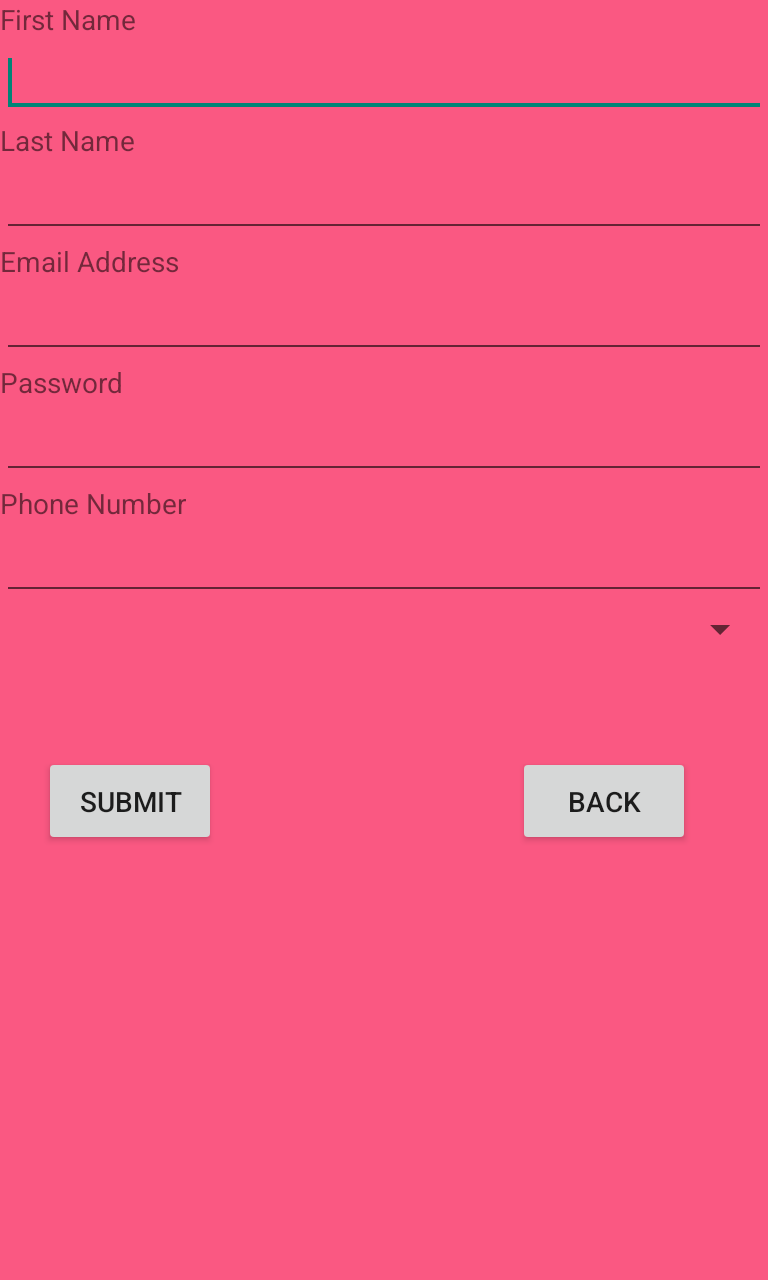
Repository: Clarenaliaka/code-challenge
Layout: ModernMum/res/layout/register.xml
An editor plug-in stored every save of this project. The layout is shown before and after the next save, followed by the edit.
It is drawn on a 768 x 1280 px phone screen (xhdpi) without system bars, with theme AppTheme; the app's code is not run.

Above is the layout before, as saved 2014-07-31 10:44:19.

After the next save:
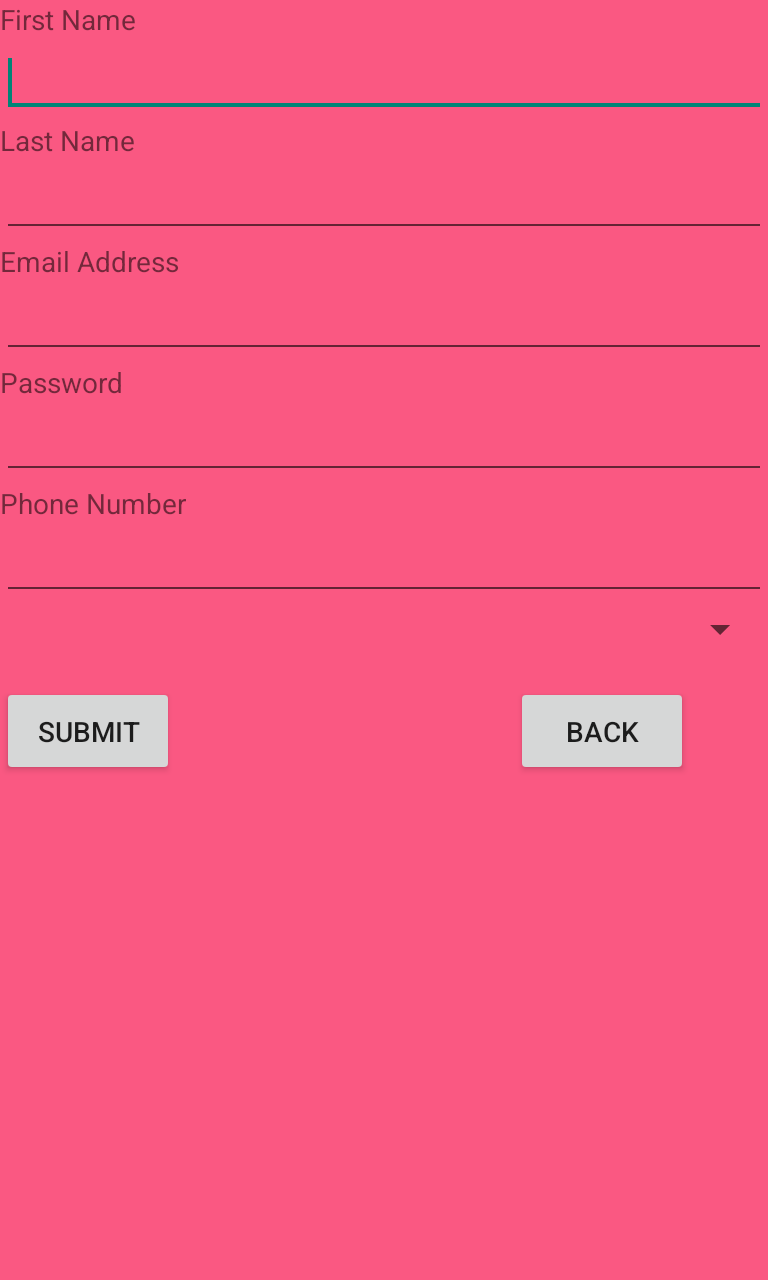
Saved 38 min 47 s later.
--- a/ModernMum/res/layout/register.xml
+++ b/ModernMum/res/layout/register.xml
@@ -82,24 +82,23 @@
     >
 
     <Button
+        android:id="@+id/btnsubmit"
+        android:layout_width="wrap_content"
+        android:layout_height="wrap_content"
+        android:layout_alignParentLeft="true"
+        android:layout_alignParentTop="true"
+        android:layout_marginTop="15dp"
+        android:text="@string/btnsubmit" />
+
+    <Button
         android:id="@+id/btnback"
         android:layout_width="wrap_content"
         android:layout_height="wrap_content"
+        android:layout_alignBaseline="@+id/btnsubmit"
+        android:layout_alignBottom="@+id/btnsubmit"
         android:layout_alignParentRight="true"
-        android:layout_alignParentTop="true"
-        android:layout_marginRight="38dp"
-        android:layout_marginTop="50dp"
+        android:layout_marginRight="39dp"
         android:text="@string/btnback" />
-
-    <Button
-        android:id="@+id/btnsubmit"
-        android:layout_width="wrap_content"
-        android:layout_height="wrap_content"
-        android:layout_alignBaseline="@+id/btnback"
-        android:layout_alignBottom="@+id/btnback"
-        android:layout_alignParentLeft="true"
-        android:layout_marginLeft="21dp"
-        android:text="@string/btnsubmit" />
 
     </RelativeLayout>
 
